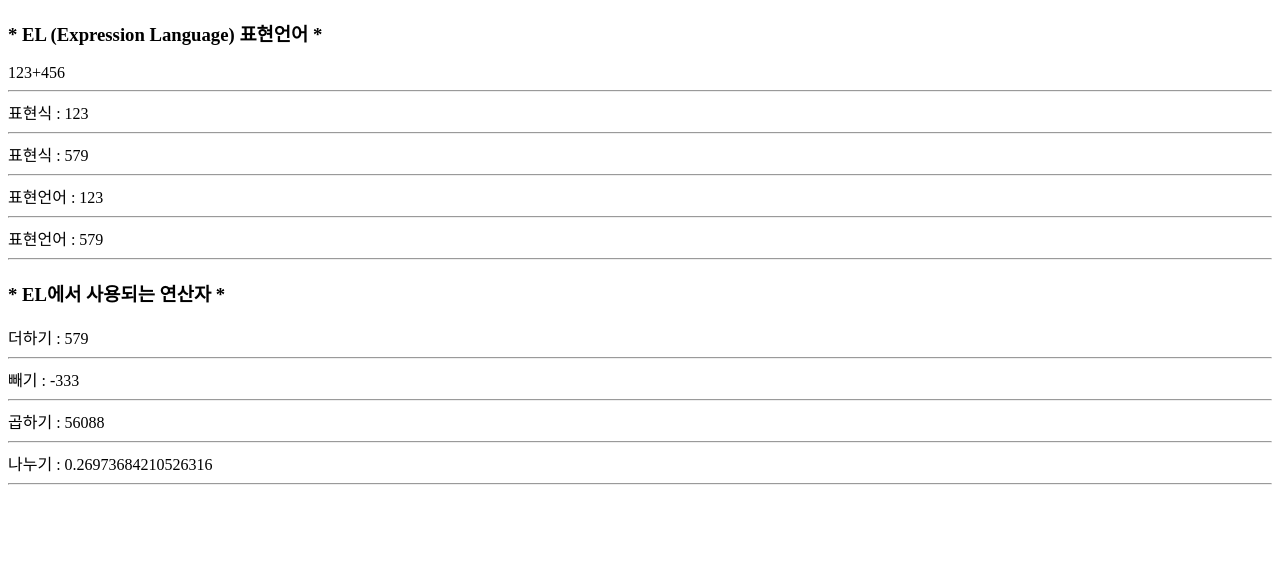
Repository: wlsgml0156/basicJava
Page: http://localhost/mvcTest/el/elTest3.jsp
These files come from the project's save history. The page is drawn as it stood at one moment and after the next save; the edit follows.
The browser window is 1280 px wide. The pictures show the whole page.
The page is served by Tomcat 9.

Above is the page before, as saved 2020-01-30 01:18:24.

After the next save:
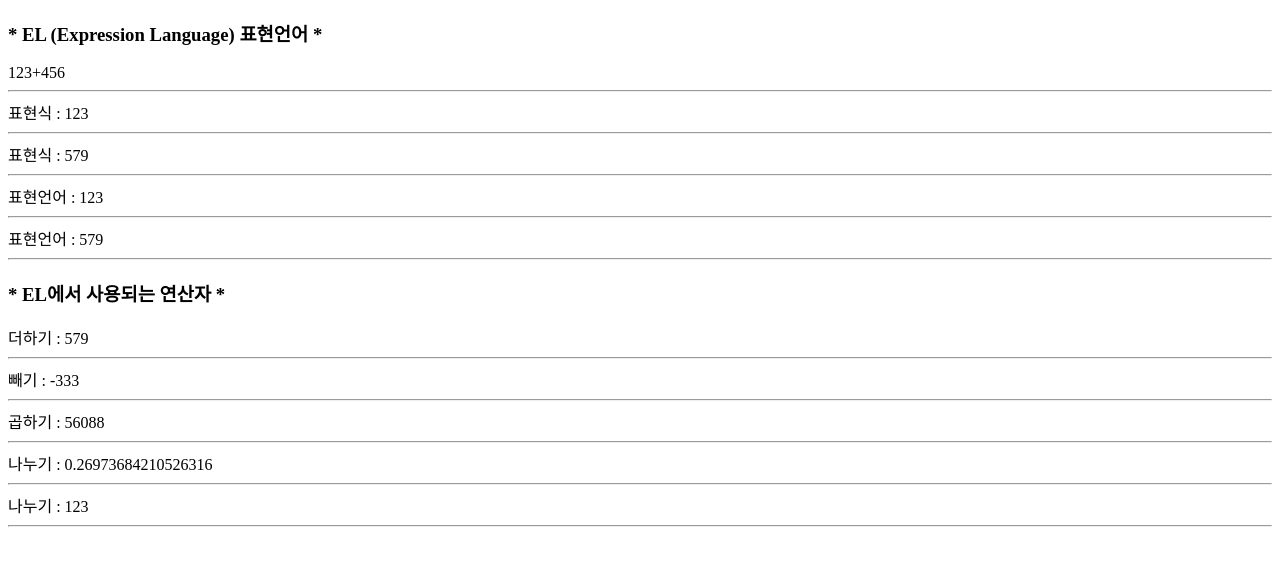
Saved 31 s later.
--- a/mvcTest/WebContent/el/elTest3.jsp
+++ b/mvcTest/WebContent/el/elTest3.jsp
@@ -18,6 +18,7 @@
 빼기   :  ${123-456} <hr>
 곱하기 :  ${123*456} <hr>
 나누기 :  ${123/456} <hr>
+나누기 :  ${123%456} <hr>
 
 
 
